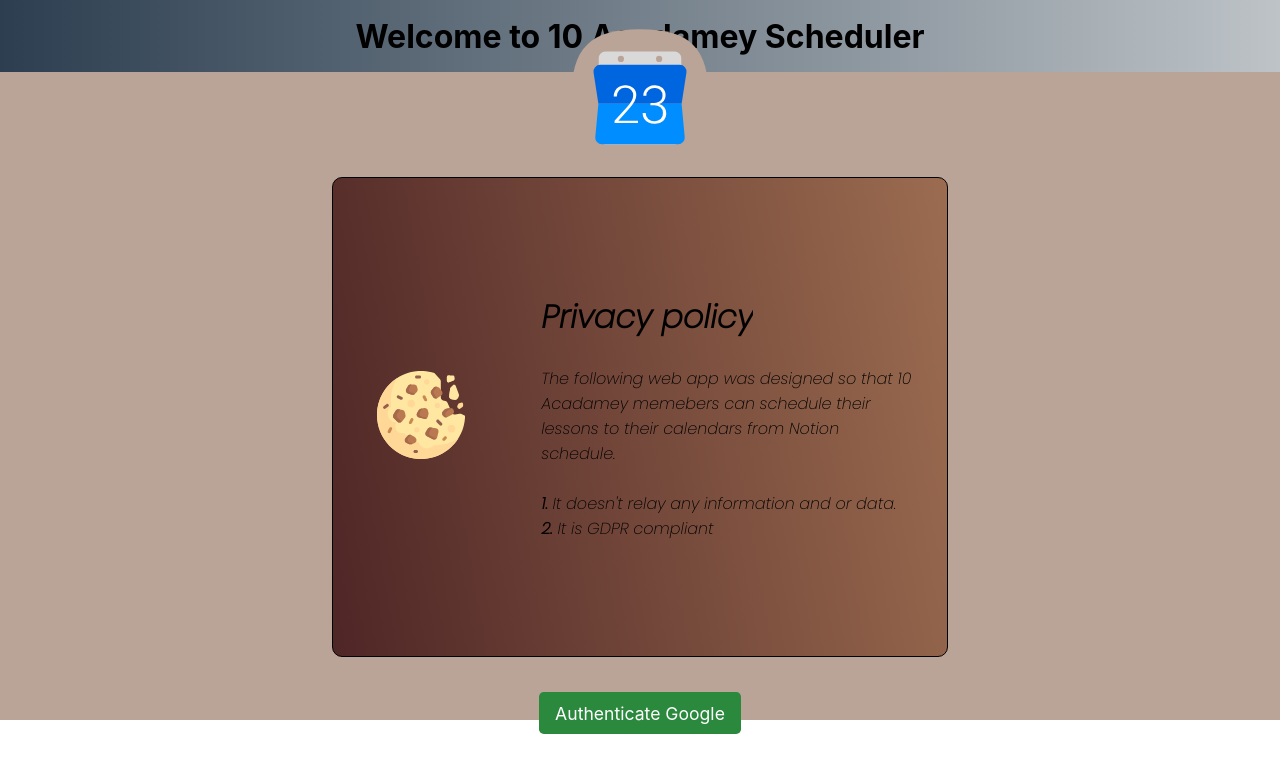
Repository: nebilarega/calendar-extractor
Page: / (app in frontend/)
An editor plug-in stored every save of this project. The page is shown before and after the next save, followed by the edit.
The browser window is 1280 px wide. The pictures show the whole page.
The project was rebuilt for these pictures with package versions that can differ from the ones it lists, and the page was loaded fresh each time.

Above is the page before, as saved 2022-08-25 00:38:28.

### frontend/src/App.js
import "./App.css";
import { GoogleOAuthProvider } from "@react-oauth/google";
import { GoogleLogin } from "@react-oauth/google";
import { useState } from "react";
import axios from "axios";

import LandingPage from "./component/LandingPage";

const sampleData = {
  submmary: "Nebil this is a new event",
  description: "A chance to hear more about Google's developer products.",
  location: "800 Howard St., San Francisco, CA 94103",
  start: "August 23, 2022 8:00 AM UTC",
  end: "August 23, 2022 9:00 AM UTC",
  hangoutLink: "meet.google.com/ysb-kjdn-hpp",
};
const App = () => {
  let url;
  const [disabled, setDisabled] = useState(false);
  const responseGoogle = (response) => {
    const code = response;
    axios
      .post("/api/create-tokens", code)
      .then((response) => {
        console.log("response", response.data);
      })
      .catch((error) => {
        console.log(error);
      });
  };
  const responseError = (response) => {
    console.log(response);
  };
  const getUrl = () => {
    axios.get("/api/create-token-v2").then((response) => {
      url = response.data.url;
      if (url) {
        setDisabled(true);
      }
      window.open(url, "_blank");
    });
  };
  const handleClick = () => {
    axios.post("/api/create-events", sampleData).then((response) => {
      console.log("response", response.data);
    });
  };
  return (
    <div className="App" style={{ height: "100vh" }}>
      <LandingPage
        disabled={disabled}
        getUrl={getUrl}
        handleClick={handleClick}
      ></LandingPage>
    </div>
  );
};

export default App;

### frontend/src/App.css
.App {
  text-align: center;
}

.App-logo {
  height: 40vmin;
  pointer-events: none;
}

@media (prefers-reduced-motion: no-preference) {
  .App-logo {
    animation: App-logo-spin infinite 20s linear;
  }
}

.App-header {
  background-color: #282c34;
  min-height: 100vh;
  display: flex;
  flex-direction: column;
  align-items: center;
  justify-content: center;
  font-size: calc(10px + 2vmin);
  color: white;
}

.App-link {
  color: #61dafb;
}

@keyframes App-logo-spin {
  from {
    transform: rotate(0deg);
  }
  to {
    transform: rotate(360deg);
  }
}
.center {
  display: flex;
  justify-content: center;
  align-items: center;
}
.academy {
  width: 100%;
  height: 50vh;
  border-radius: 10px;
  display: flex;
  flex-direction: column;
  justify-content: space-between;
  align-items: center;
  /* margin-left: 10%; */
  /* margin-right: 10%; */
}
.academy-calendar {
  margin-top: 20%;
  font-size: 30px;
}

### frontend/src/css/landing.css
/* Box sizing rules */
@font-face {
  font-family: "Poppins";
  src: url("../fonts/Poppins-ExtraLightItalic.ttf");
}
*,
*::before,
*::after {
  box-sizing: border-box;
}

/* Remove default margin */
body,
h1,
h2,
h3,
h4,
p,
figure,
blockquote,
dl,
dd {
  margin: 0;
  overflow-y: hidden;
}

/* Remove list styles on ul, ol elements with a list role, which suggests default styling will be removed */
ul[role="list"],
ol[role="list"] {
  list-style: none;
}

/* Set core root defaults */
html:focus-within {
  scroll-behavior: smooth;
}

/* A elements that don't have a class get default styles */
a:not([class]) {
  text-decoration-skip-ink: auto;
}

/* Make images easier to work with */
img,
picture {
  max-width: 100%;
  display: block;
}

/* Inherit fonts for inputs and buttons */
input,
button,
textarea,
select {
  font: inherit;
}

/* The remaining page */
.main {
  width: 100%;
  height: 100%;
  background-color: #baa497;
}
.header {
  width: 100%;
  height: 10vh;
  background: #bdc3c7; /* fallback for old browsers */
  background: -webkit-linear-gradient(
    to right,
    #2c3e50,
    #bdc3c7
  ); /* Chrome 10-25, Safari 5.1-6 */
  background: linear-gradient(
    to right,
    #2c3e50,
    #bdc3c7
  ); /* W3C, IE 10+/ Edge, Firefox 16+, Chrome 26+, Opera 12+, Safari 7+ */

  display: flex;
  justify-content: center;
  align-items: center;
}
.title {
  font-size: 2rem;
  font-weight: bold;
  color: "yellow";
}
.body {
  width: 100%;
  height: 90vh;
  padding: 1.5rem;
  background-color: "gray";
  display: flex;
  flex-direction: column;
  justify-content: center;
  align-items: center;
}
.card {
  width: 50%;
  height: 80%;
  border: 0.5px solid black;
  display: flex;
  border-radius: 10px;
  justify-content: center;
  align-items: center;
  background-image: linear-gradient(260deg, #9b6c50 0%, #4f2626 100%);
}
button {
  margin: 2.2rem;
  height: 2.6rem;
  padding-left: 1rem;
  padding-right: 1rem;
  font-size: 1.1rem;
  border-radius: 0.3rem;
  border: none;
  background-color: #2b893e;
  color: white;
}
button:focus {
  outline: none;
}
button:hover {
  background-color: #3dc959;
  cursor: pointer;
}
/* .cookie__container {
  display: flex;
  justify-content: center;
  align-items: center;
  height: 100%;
} */
.text__container {
  display: flex;
  flex-direction: column;
  justify-content: center;
  align-items: flex-start;
  padding: 2rem;
  font-family: "Poppins", Courier, monospace;
}
.text {
  text-align: left;
}
svg {
  width: 50%;
}

Loaded but not shown: frontend/public/index.html (common file); frontend/src/index.js (common file); frontend/src/index.css (common file); frontend/src/component/LandingPage.js (291 lines, source omitted)

After the next save:
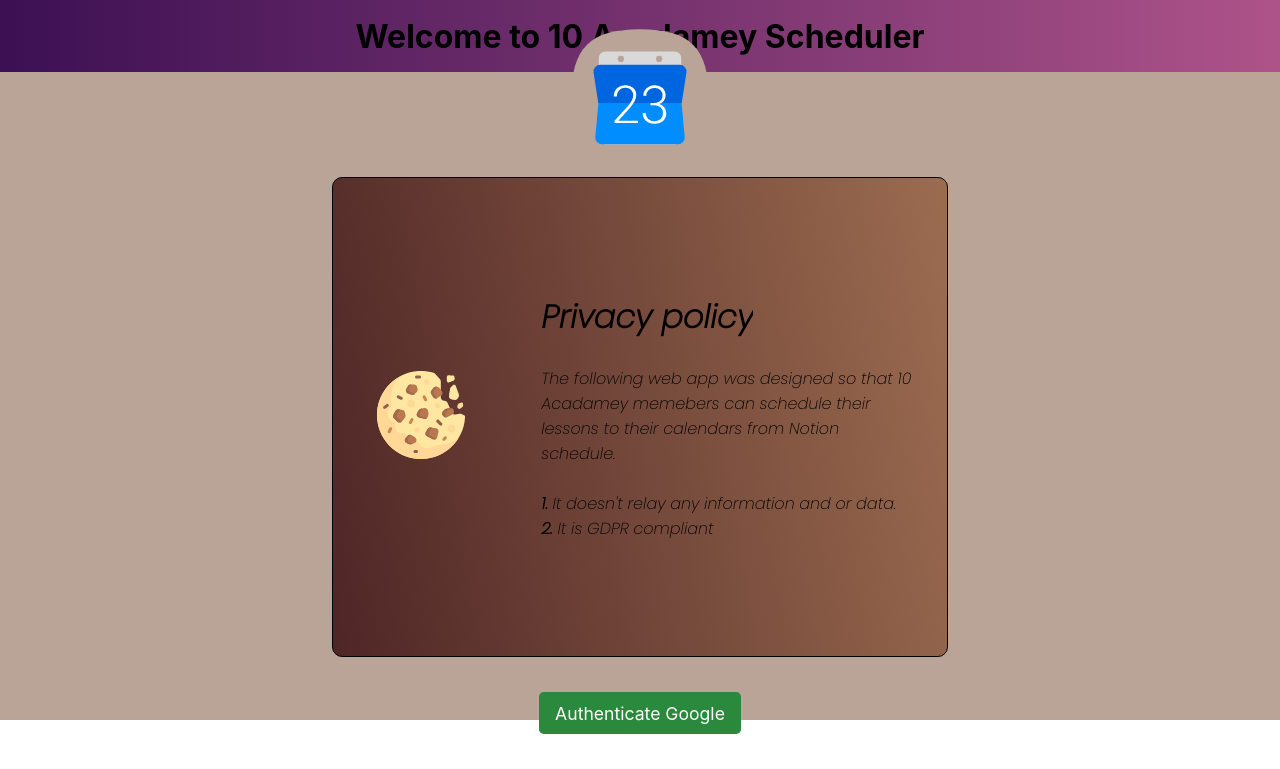
Saved 37 s later.
--- a/frontend/src/css/landing.css
+++ b/frontend/src/css/landing.css
@@ -64,16 +64,16 @@
 .header {
   width: 100%;
   height: 10vh;
-  background: #bdc3c7; /* fallback for old browsers */
+  background: #ad5389; /* fallback for old browsers */
   background: -webkit-linear-gradient(
     to right,
-    #2c3e50,
-    #bdc3c7
+    #3c1053,
+    #ad5389
   ); /* Chrome 10-25, Safari 5.1-6 */
   background: linear-gradient(
     to right,
-    #2c3e50,
-    #bdc3c7
+    #3c1053,
+    #ad5389
   ); /* W3C, IE 10+/ Edge, Firefox 16+, Chrome 26+, Opera 12+, Safari 7+ */
 
   display: flex;
